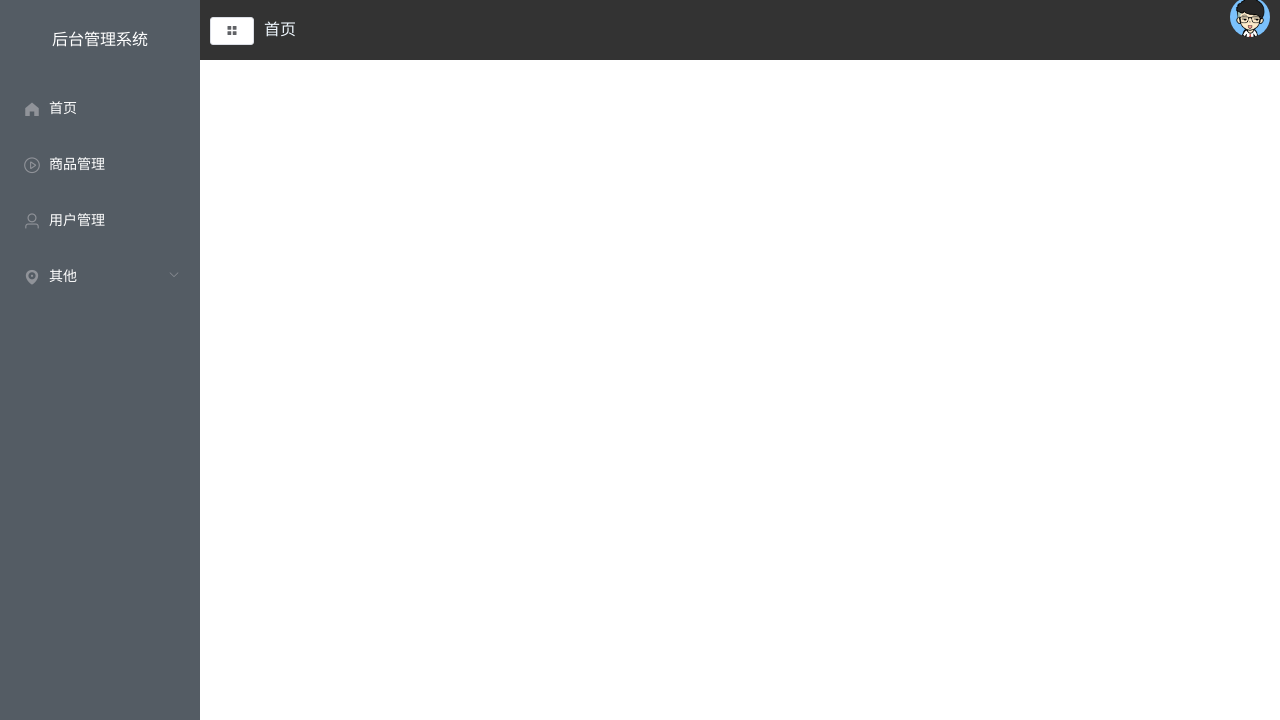
Repository: wuqu11/Management-system
Page: /
An editor plug-in stored every save of this project. The page is shown before and after a run of saves, followed by the edit.
The browser window is 1280 px wide. The pictures show the whole page.
The project was rebuilt for these pictures with package versions that can differ from the ones it lists, and the page was loaded fresh each time. Also part of the build but not shown: vue.config.js, src/view/User.vue, src/view/Home.vue, src/view/Mall.vue, src/view/PageOne.vue, src/view/PageTwo.vue.

Above is the page before, as saved 2023-07-18 07:56:41.

### src/main.js
import Vue from 'vue'
import App from './App.vue'
import ElementUI from 'element-ui';
  // import element from 'element-ui';
import 'element-ui/lib/theme-chalk/index.css';
import router from '@/router';

Vue.use(router)
Vue.use(ElementUI)
// Vue.use(Button)
Vue.config.productionTip = false

new Vue({
  router,
  render: h => h(App),
}).$mount('#app')

### src/App.vue
<template>
  <div id="app">
    <!-- <el-row>
        <el-button>默认按钮</el-button>
        <el-button type="primary">主要按钮</el-button>
        <el-button type="success">成功按钮</el-button>
        <el-button type="info">信息按钮</el-button>
        <el-button type="warning">警告按钮</el-button>
        <el-button type="danger">危险按钮</el-button>
    </el-row> -->
    <router-view></router-view>
  </div>
</template>

<script>


export default {
  name: 'App',
}
</script>

<style lang='less'>
    html,body{
      margin: 0;
      padding: 0;
    }
</style>

### src/router/index.js
import VueRouter from "vue-router";
import Vue from "vue";
import User from '@/view/User.vue';
import Home from '@/view/Home.vue';
import Main from '@/view/Main.vue';
import Mall from '@/view/Mall.vue';
import PageOne from '@/view/PageOne.vue';
import PageTwo from '@/view/PageTwo.vue'

//1.创建路由组件
//2.路由组件的映射
//3.创建路由实例对象

Vue.use(VueRouter);
const routes = [
    { path: '/',
      component:Main ,

      children:[
        { path: 'home', component: Home },
        { path: 'user', component: User },
        { path: 'mall', component: Mall },
        { path: 'page1', component: PageOne },
        { path: 'page2', component: PageTwo },
      ]
    },
    {
      path:'*',
      redirect:'/home',
    }

  ]
 //先把VueRouter原型对象的push,先保存一份
let originPush = VueRouter.prototype.push;
let originReplce = VueRouter.prototype.replace;
//重写push|relace
//第一个参数:告诉原来push方法,你往哪里跳转(传递那些参数)
//第二个参数:成功回调
//第三个参数:失败回调
//call|apply区别
//相同点:都可以调用函数一次,都可以篡改函数的上下文一次
//不同点:call与apply传递参数,call传递参数用逗号隔开,apply方法执行,传递数组
VueRouter.prototype.push = function(location,resolve,reject){
    if(resolve && reject){
        originPush.call(this,location,resolve,reject)
    }else{
        originPush.call(this,location,()=>{},()=>{})
    }
};

VueRouter.prototype.replace = function(location,resolve,reject){
    if(resolve && reject){
        originReplce.call(this,location,resolve,reject)
    }else{
        originReplce.call(this,location,()=>{},()=>{})
    }
};

export default new VueRouter({
    routes // (缩写) 相当于 routes: routes
  })

### src/view/Main.vue
<template>
    <div>
        <el-container>
        <el-aside width="200px">
            <CommenSide />
        </el-aside>
        <el-container>
            <el-header class="el-header">
                <CommenHeader/>
            </el-header>
            <el-main>
                    <router-view></router-view>
            </el-main>
        </el-container>
        </el-container>
        <router-view></router-view>
    </div>
</template>

<script>
import CommenSide from '@/components/CommenSide.vue';
import CommenHeader from '@/components/CommenHeader.vue';
    export default {
        components:{CommenSide,CommenHeader}
    }
</script>

<style   scoped>
      .el-header {
    background-color: #B3C0D1;
    color: #111;
    line-height: 60px;
    padding: 0;
  }

  .el-aside {
    color: #333;
  }
</style>

### src/components/CommenSide.vue
<template>
    <div>

        <el-menu default-active="1-4-1" class="el-menu-vertical-demo" @open="handleOpen" @close="handleClose"
            :collapse="isCollapse" background-color="#545c64" text-color="#fff" active-text-color="#ffd04b">
             <h3>后台管理系统</h3>
            <el-menu-item  @click="clickMenu(item)" v-for="item in noChildren " :key='item.name' :index="item.name">
                <i :class='`el-icon-${item.icon}`'></i>
                <span slot="title">{{ item.label }}</span>
            </el-menu-item>
            <el-submenu  v-for="item in Children" :key='item.label' :index="item.label">
                <template slot="title">
                    <i :class='`el-icon-${item.icon}`'></i>
                    <span slot="title">{{ item.label }}</span>
                </template>
                <el-menu-item-group    v-for="subItem in item.children" :key="subItem.path">
                    <el-menu-item   @click="clickMenu(subItem)" :index="subItem.path">{{ subItem.label }}</el-menu-item>
                </el-menu-item-group>
            </el-submenu>

        </el-menu>
    </div>
</template>

<script>
export default {
    data() {
        return {
            isCollapse: false,
            menuDate: [{
                path: '/',
                name: 'home',
                label: '首页',
                icon: 's-home',
                url: 'Home/Home'
            },
            {
                path: '/mall',
                name: 'mall',
                label: '商品管理',
                icon: 'video-play',
                url: 'MallManage/MallManage'
            },
            {
                path: '/user',
                name: 'user',
                label: '用户管理',
                icon: 'user',
                url: 'UserManage/UserManage'
            },
            {
                label: '其他',
                icon: 'location',
                children: [
                    {
                        path: '/page1',
                        name: 'page1',
                        label: '页面1',
                        icon: 'setting',
                        url: 'Other/PageOne'
                    },
                    {
                        path: '/page2',
                        name: 'page2',
                        label: '页面2',
                        icon: 'setting',
                        url: 'Other/PageTwo'
                    }
                ]
            }]
        };
    },
    methods: {
        handleOpen(key, keyPath) {
            console.log(key, keyPath);
        },
        handleClose(key, keyPath) {
            console.log(key, keyPath);
        },
        clickMenu(item){
            console.log(item);
            this.$router.push(item.path)
        }
    },
    computed: {
        noChildren() {
            return this.menuDate.filter(item => !item.children)
        },
        Children() {
            return this.menuDate.filter(item => item.children)
        },

    },
}
</script>

<style lang='less' scoped>
    .el-menu-vertical-demo:not(.el-menu--collapse) {
        width: 200px;
        min-height: 400px;
    }
        .el-menu{
            height: 100vh;
            h3{
                color: #fff;
                text-align: center;
                line-height: 48px;
                font-size: 16px;
                font-weight: 400;
            }
        }

</style>

### src/components/CommenHeader.vue
<template>
    <div>
        <div class="header-container">
            <div class="l-container">
                <el-button icon="el-icon-menu" size="mini"></el-button>
                <span class="text">首页</span>
            </div>
            <div class="r-container" >
                <el-dropdown>
                <span class="el-dropdown-link" >
                   <img src="../assets/images/user.png" alt="" class="user">
                </span>
                <el-dropdown-menu  slot="dropdown">
                    <el-dropdown-item>个人中心</el-dropdown-item>
                    <el-dropdown-item>退出</el-dropdown-item>
                </el-dropdown-menu>
            </el-dropdown>
            </div>
        </div>
    </div>
</template>

<script>
export default {

}
</script>

<style lang="less" scoped>
.header-container {
    height: 60px;
    background-color: #333;
    padding: 0 10px;
    display: flex;
    align-items: center;
    justify-content: space-between;

    .text {
        color: aliceblue;
        size: 14px;
        margin-left: 10px;
    }

    .r-container{
        .el-dropdown-link{
            top: 20px;
            .user {
        height: 40px;
        width: 40px;
        border-radius: 50%;
        }

    }}

}
</style>

Loaded but not shown: public/index.html (common file)

After the next 2 saves:
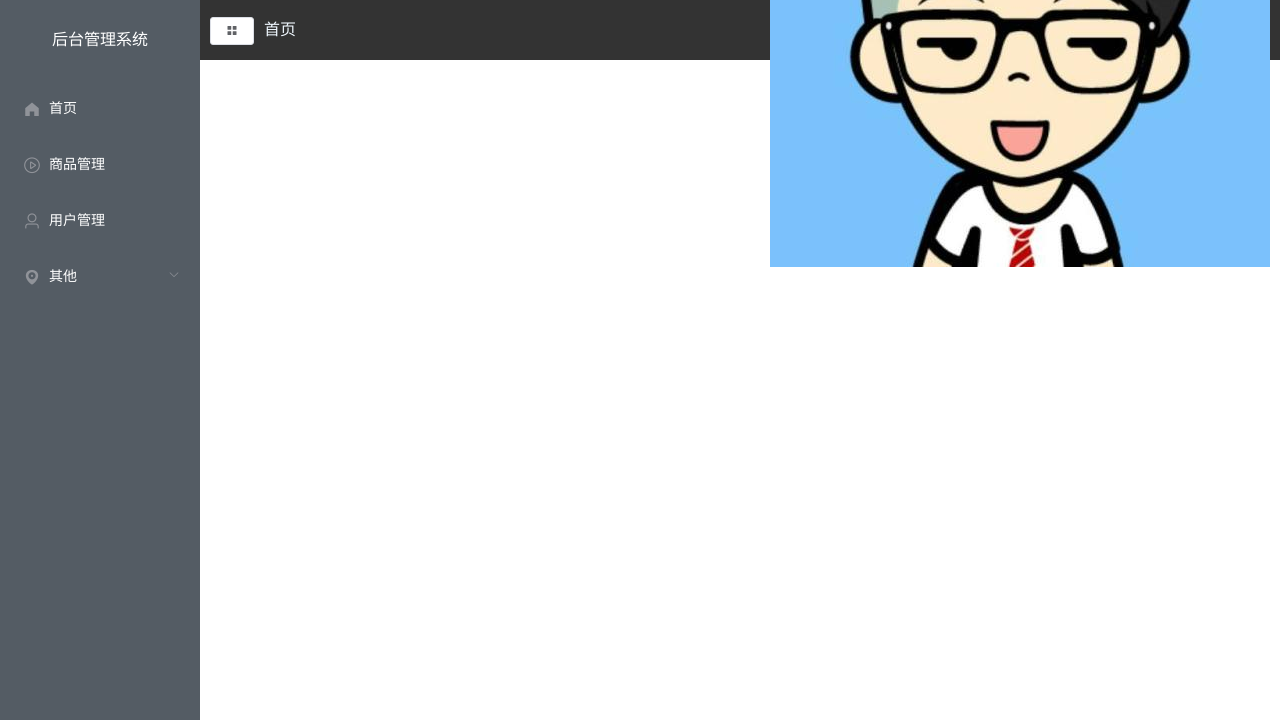
The 2 saves are shown as one change because they came seconds apart.
The last was saved 17 s later.
--- a/src/components/CommenHeader.vue
+++ b/src/components/CommenHeader.vue
@@ -43,7 +43,7 @@
 
     .r-container{
         .el-dropdown-link{
-            top: 20px;
+            margin-top
             .user {
         height: 40px;
         width: 40px;

After the save that followed:
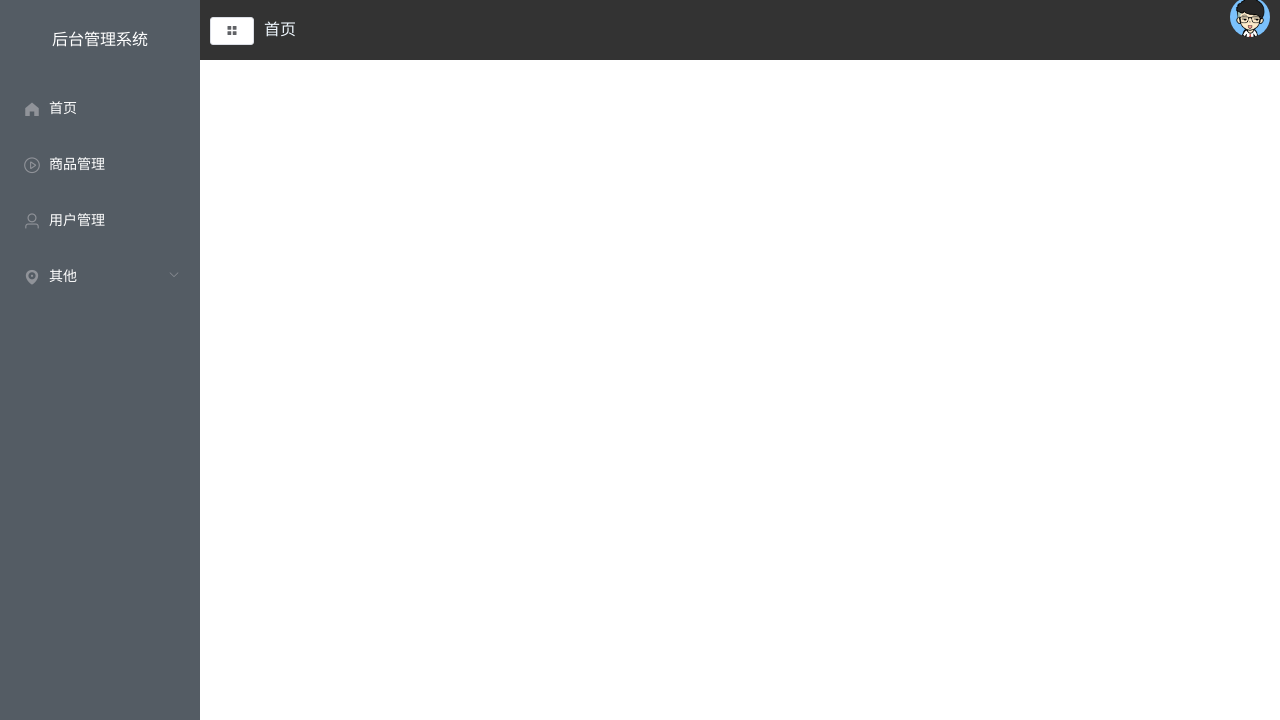
Saved 4 s later.
--- a/src/components/CommenHeader.vue
+++ b/src/components/CommenHeader.vue
@@ -43,7 +43,7 @@
 
     .r-container{
         .el-dropdown-link{
-            margin-top
+            margin-top: 20px;
             .user {
         height: 40px;
         width: 40px;
